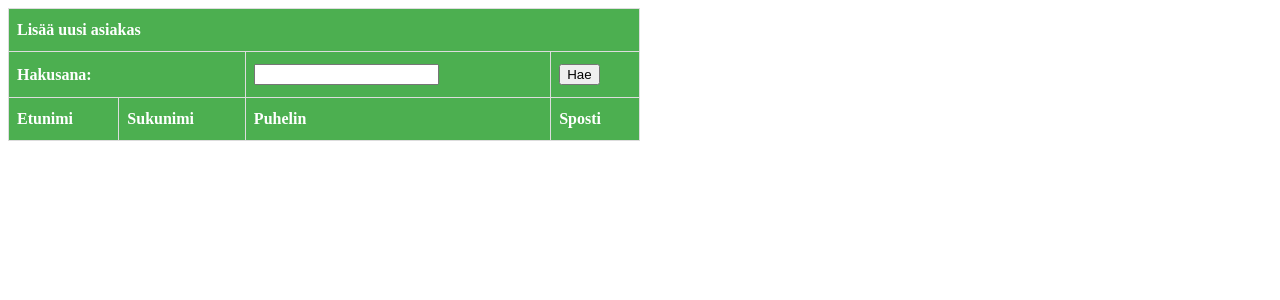
Repository: Lateh13/Asiakkaat
Page: http://localhost/Asiakkaat/listaaasiakkaat.jsp
These files come from the project's save history. The page is drawn as it stood at one moment and after the next save; the edit follows.
The browser window is 1280 px wide. The pictures show the whole page.
The page is served by Tomcat 9. Other server files are loaded and not shown. Queries for data that is not in the repository find no rows.

Above is the page before, as saved 2020-04-29 16:00:03.

### Asiakkaat/WebContent/listaaasiakkaat.jsp
<%@ page language="java" contentType="text/html; charset=ISO-8859-1"
    pageEncoding="ISO-8859-1"%>
<!DOCTYPE html>
<html>
<head>
<meta charset="ISO-8859-1">
<script src="https://ajax.googleapis.com/ajax/libs/jquery/3.4.1/jquery.min.js"></script>
<link rel="stylesheet" type="text/css" href="css/main.css">
<title>Asiakkaat</title>
</head>
<body>
<table id="listaus">
	<thead>
		<tr>
			<th colspan="4" class="th1"><span id="uusiAsiakas">Lisää uusi asiakas</span></th>
		</tr>
		<tr>
			<th id="th1" colspan="2">Hakusana:</th>
			<th><input type="text" name="haku" id="haettava" size="20"></th>
			<th><input type="submit" value="Hae" id="hakunappi"></th>
		</tr>
  		<tr>
	    	<th>Etunimi</th>
	    	<th>Sukunimi</th>
	    	<th>Puhelin</th>
	   		<th>Sposti</th>
	   	</tr>
	</thead>
	<tbody>
	</tbody>
</table>
<script>
$(document).ready(function() {
	haeAsiakkaat();

	$("#uusiAsiakas").click(function() {
		document.location="lisaaasiakas.jsp";
	});

	$("#hakunappi").click(function() {
		haeAsiakkaat();

	});
	$(document.body).on("keydown", function(event) {
		if(event.which == 13) {
			haeAsiakkaat();
		}
	});
});

function haeAsiakkaat() {
	$("#listaus tbody").empty();
	$.ajax({url:"asiakkaat/"+$("#haettava").val(), type:"GET", dataType:"json", success:function(result) {
		$.each(result.asiakkaat, function(i, field) {
			var htmlStr;
			htmlStr+="<tr>";
			htmlStr+="<td>"+field.etunimi+"</td>";
			htmlStr+="<td>"+field.sukunimi+"</td>";
			htmlStr+="<td>"+field.puhelin+"</td>";
			htmlStr+="<td>"+field.sposti+"</td>";
			htmlStr+="</tr>";
			$("#listaus tbody").append(htmlStr);
		});
	}});
};

</script>
</body>
</html>

### Asiakkaat/WebContent/css/main.css
@charset "ISO-8859-1";
table {
	border-collapse: collapse;
	width: 50%
}

table td, table th {
  border: 1px solid #ddd;
  padding: 8px;
}

table tbody tr:nth-child(even){
	background-color: #f2f2f2;
}

table tbody tr:hover {
	background-color: #ddd;
}

table th {
  padding-top: 12px;
  padding-bottom: 12px;
  text-align: left;
  background-color: #4CAF50;
  color: white;
}

.poista{
	color: red;
	text-decoration: underline;
	cursor: pointer;
}

.oikealle{
	text-align: right;

}

#uusiAuto, #takaisin{
	color: white;
	cursor: pointer;
}

### Asiakkaat/src/control/Asiakkaat.java
package control;

import java.io.IOException;
import java.io.PrintWriter;
import java.util.ArrayList;
import javax.servlet.ServletException;
import javax.servlet.annotation.WebServlet;
import javax.servlet.http.HttpServlet;
import javax.servlet.http.HttpServletRequest;
import javax.servlet.http.HttpServletResponse;
import model.Asiakas;
import model.dao.Dao;
import org.json.JSONObject;


@WebServlet("/asiakkaat/*")
public class Asiakkaat extends HttpServlet {
	private static final long serialVersionUID = 1L;

    public Asiakkaat() {
        super();
        System.out.println("Asiakkaat.Asiakkaat()");
    }

	protected void doGet(HttpServletRequest request, HttpServletResponse response) throws ServletException, IOException {
		System.out.println("Asiakkaat.doGet()");
		String pathInfo = request.getPathInfo();
		String hakusana = pathInfo.replace("/", "");
		Dao dao = new Dao();
		ArrayList<Asiakas> asiakkaat = dao.listaaKaikki(hakusana);
		System.out.println(asiakkaat);
		String strJSON = new JSONObject().put("asiakkaat", asiakkaat).toString();
		response.setContentType("application/json");
		PrintWriter out = response.getWriter();
		out.println(strJSON);
	}

	protected void doPost(HttpServletRequest request, HttpServletResponse response) throws ServletException, IOException {
		System.out.println("Asiakkaat.doPost()");
		JSONObject jsonObj = new JsonStrToObj().convert(request);
		Asiakas asiakas = new Asiakas();
		asiakas.setEtunimi(jsonObj.getString("etunimi"));
		asiakas.setSukunimi(jsonObj.getString("sukunimi"));
		asiakas.setPuhelin(jsonObj.getString("puhelin"));
		asiakas.setSposti(jsonObj.getString("sposti"));
		response.setContentType("application/json");
		PrintWriter out = response.getWriter();
		Dao dao = new Dao();
		if (dao.lisaaAsiakas(asiakas)) {
			out.println("{\"response\":1}");
		} else {
			out.println("{\"response\":0}");
		}
	}

	protected void doPut(HttpServletRequest request, HttpServletResponse response) throws ServletException, IOException {
		System.out.println("Asiakkaat.doPut()");
	}

	protected void doDelete(HttpServletRequest request, HttpServletResponse response) throws ServletException, IOException {
		System.out.println("Asiakkaat.do()");
	}
}

### Asiakkaat/src/model/dao/Dao.java
package model.dao;

import java.sql.Connection;
import java.sql.DriverManager;
import java.sql.PreparedStatement;
import java.sql.ResultSet;
import java.util.ArrayList;
import model.Asiakas;

public class Dao {
	private Connection connection = null;
	private ResultSet rs = null;
	private PreparedStatement stmtPrep = null;
	private String sql;
	private String db = "Myynti.sqlite";

	private Connection yhdista() {
		Connection connection = null;
		String path = System.getProperty("catalina.base");
		path += "/webapps/";
		String url = "jdbc:sqlite:" + path + db;
		try {
			Class.forName("org.sqlite.JDBC");
			connection = DriverManager.getConnection(url);
			System.out.println("Yhteys avattu.");
		} catch (Exception e) {
			System.out.println("Yhteyden avaaminen epäonnistui.");
			e.printStackTrace();
		}
		return connection;
	}

	public ArrayList<Asiakas> listaaKaikki() {
		ArrayList<Asiakas> asiakkaat = new ArrayList<Asiakas>();
		sql = "SELECT * FROM asiakkaat";
		try {
			connection = yhdista();
			if (connection != null) {
				stmtPrep = connection.prepareStatement(sql);
				rs = stmtPrep.executeQuery();
				if (rs != null) {
					while(rs.next()) {
						Asiakas asiakas = new Asiakas();
						asiakas.setId(rs.getInt(1));
						asiakas.setEtunimi(rs.getString(2));
						asiakas.setSukunimi(rs.getString(3));
						asiakas.setPuhelin(rs.getString(4));
						asiakas.setSposti(rs.getString(5));
						asiakkaat.add(asiakas);
					}
				}
			}
			connection.close();
		} catch (Exception e) {
			e.printStackTrace();
		}
		return asiakkaat;
	}

	public ArrayList<Asiakas> listaaKaikki(String haku) {
		ArrayList<Asiakas> asiakkaat = new ArrayList<Asiakas>();
		sql = "SELECT * FROM asiakkaat WHERE etunimi LIKE ? OR sukunimi LIKE ? OR puhelin LIKE ? or sposti LIKE ?";
		try {
			connection = yhdista();
			if (connection != null) {
				stmtPrep = connection.prepareStatement(sql);
				stmtPrep.setString(1, "%" + haku +"%");
				stmtPrep.setString(2, "%" + haku +"%");
				stmtPrep.setString(3, "%" + haku +"%");
				stmtPrep.setString(4, "%" + haku +"%");
				rs = stmtPrep.executeQuery();
				if (rs != null) {
					while(rs.next()) {
						Asiakas asiakas = new Asiakas();
						asiakas.setId(rs.getInt(1));
						asiakas.setEtunimi(rs.getString(2));
						asiakas.setSukunimi(rs.getString(3));
						asiakas.setPuhelin(rs.getString(4));
						asiakas.setSposti(rs.getString(5));
						asiakkaat.add(asiakas);
					}
				}
			}
			connection.close();
		} catch (Exception e) {
			e.printStackTrace();
		}
		return asiakkaat;
	}

	public boolean lisaaAsiakas(Asiakas asiakas) {
		boolean paluuArvo = true;
		sql = "INSERT INTO asiakkaat VALUES(?,?,?,?)";
		try {
			connection = yhdista();
			stmtPrep = connection.prepareStatement(sql);
			stmtPrep.setString(1, asiakas.getEtunimi());
			stmtPrep.setString(2, asiakas.getSukunimi());
			stmtPrep.setString(3, asiakas.getPuhelin());
			stmtPrep.setString(4, asiakas.getSposti());
			stmtPrep.executeUpdate();
			connection.close();
		} catch (Exception e) {
			e.printStackTrace();
			paluuArvo = false;
		}
		return paluuArvo;
	}
}

After the next save:
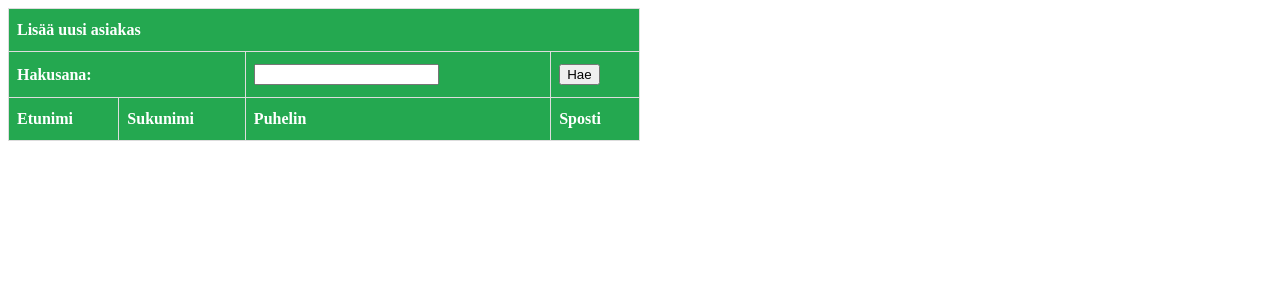
Saved 3 min 26 s later.
--- a/Asiakkaat/WebContent/css/main.css
+++ b/Asiakkaat/WebContent/css/main.css
@@ -21,7 +21,7 @@ table th {
   padding-top: 12px;
   padding-bottom: 12px;
   text-align: left;
-  background-color: #4CAF50;
+  background-color: #24a850;;
   color: white;
 }
 
